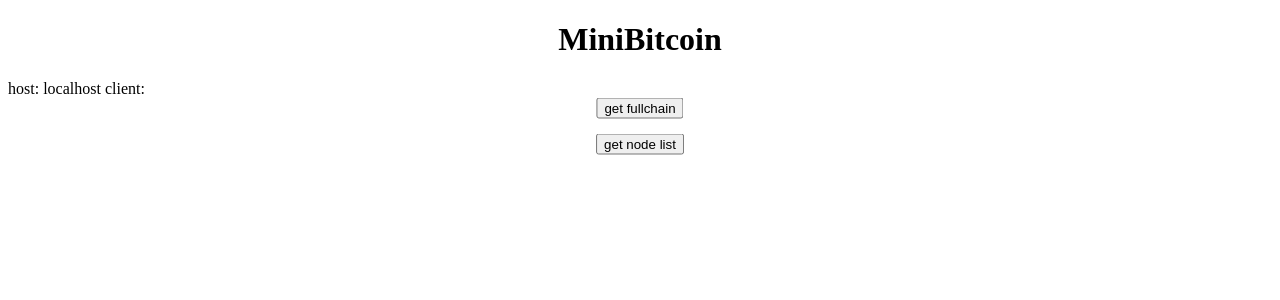
Repository: lam4562311/Minibitcoin
Page: http://localhost/
An editor plug-in stored every save of this project. The page is shown before and after the next save, followed by the edit.
The browser window is 1280 px wide. The pictures show the whole page.
Some web libraries are served in a nearby version. The page is served by the project's application, run on Flask 3 (bitcoin-5003.py).

Above is the page before, as saved 2022-04-08 23:08:02.

After the next save:
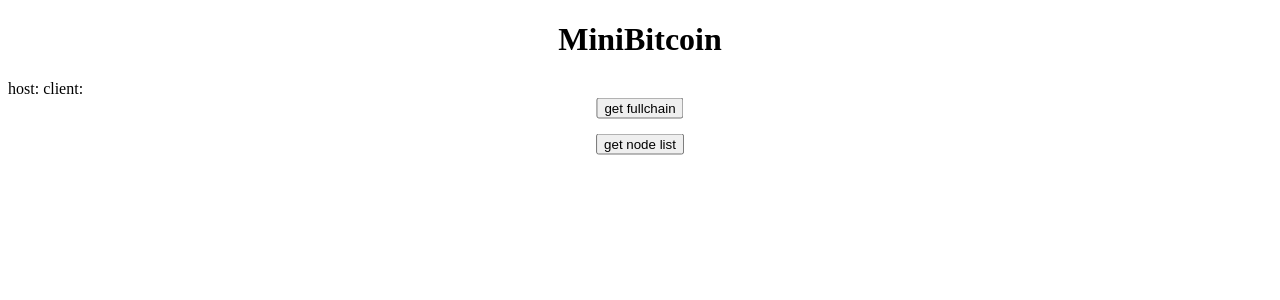
Console error: ReferenceError: querystring_span is not defined
Saved 104 s later.
--- a/static/index.js
+++ b/static/index.js
@@ -3,10 +3,10 @@
 
 let full_chain_span = document.querySelector("#fullchain_span")
 let full_node_span = document.querySelector("#node_list_span")
-let querystring_span = document.querySelector("#queryString")
-
-querystring = window.location.hostname;
-
+let hostname_span = document.querySelector("#hostname_span")
+let client_id_span = document.querySelector("#client_id_span")
+hostname_span = window.location.hostname;
+client_id_span = window.location.port;
 querystring_span.innerHTML = querystring;
 function get_full_chain(){
     $.ajax({

After the 2 saves that followed:
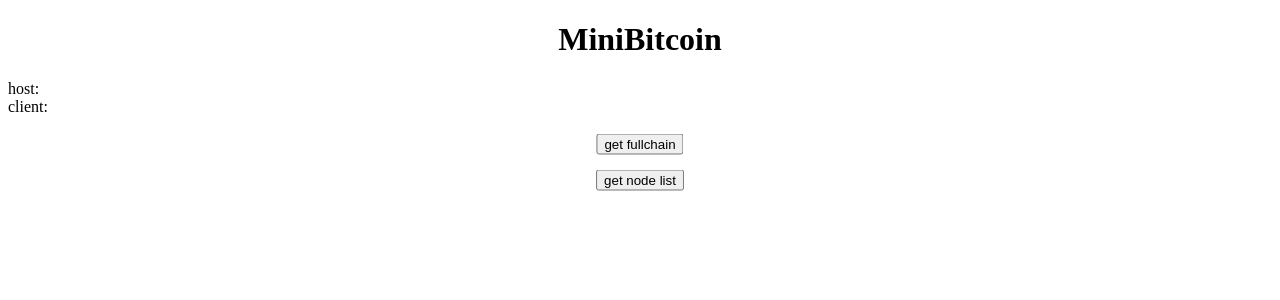
The error is gone.
The 2 saves are shown as one change because 1 left the picture as it was.
The last was saved 5 s later.
--- a/templates/homepage.html
+++ b/templates/homepage.html
@@ -15,8 +15,9 @@
 
         <h1><center> MiniBitcoin </center></h1>
         <span> host:</span>
-        <span id="queryString"></span>
+        <span id="hostname_span"></span><br>
         <span>client:</span>
+        <span id="client_id_span"></span><br>
 
         <span id="fullchain_span"></span>
         <br>
--- a/static/index.js
+++ b/static/index.js
@@ -7,7 +7,7 @@
 let client_id_span = document.querySelector("#client_id_span")
 hostname_span = window.location.hostname;
 client_id_span = window.location.port;
-querystring_span.innerHTML = querystring;
+
 function get_full_chain(){
     $.ajax({
         type: "GET",
